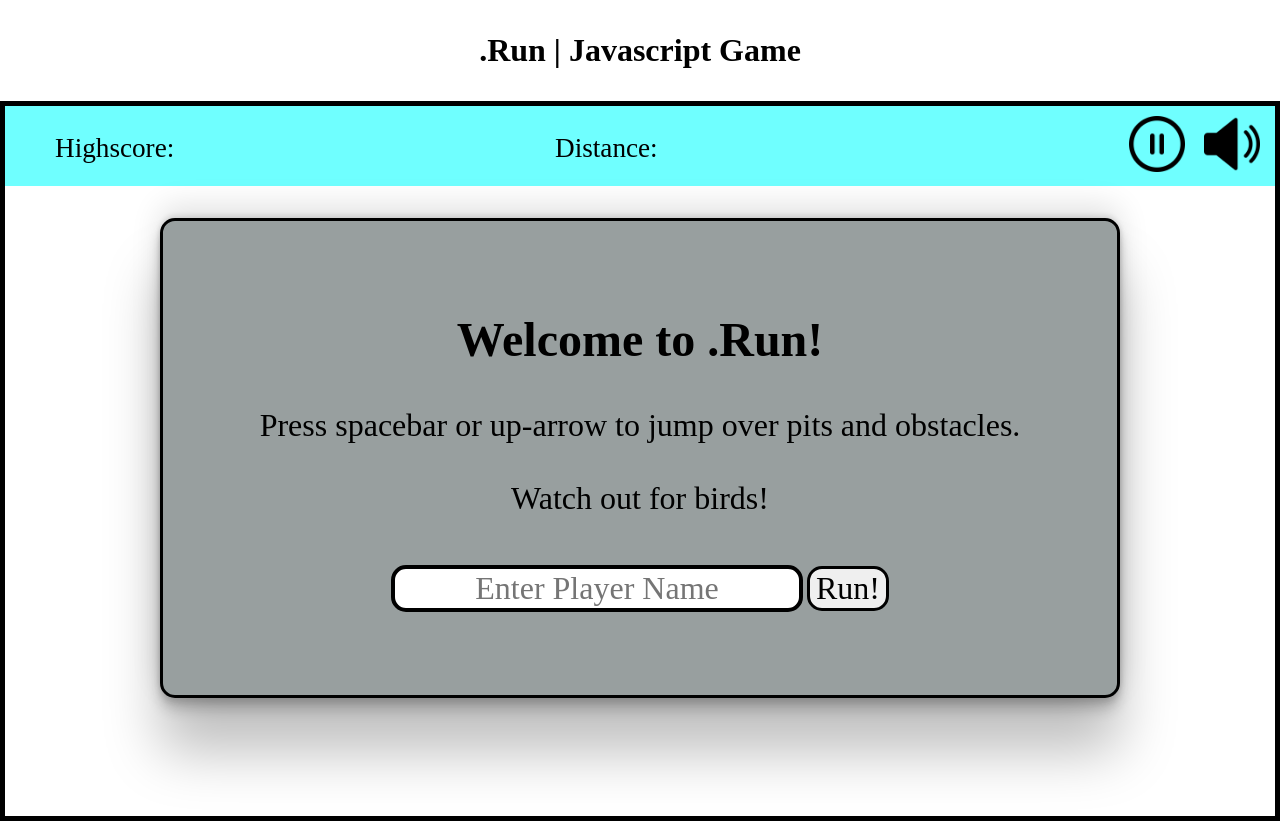
Repository: jellymel0n/bit-biker
Page: index.html
The author's editor kept a copy of each file at every save. The page is drawn from the files as they stood at one save, then again after the next save.
The browser window is 1280 px wide. The pictures show the whole page.

Above is the page before, as saved 2021-07-05 14:22:09.

### index.html
<!DOCTYPE html>
<html lang="en">
<head>
    <meta charset="UTF-8">
    <meta http-equiv="X-UA-Compatible" content="IE=edge">
    <meta name="viewport" content="width=device-width, initial-scale=1.0">
    <!-- CSS reset/normalize -->
    <link rel="stylesheet" href="styles/normalize-fwd.css">
    <!-- Local CSS -->
    <link rel="stylesheet" href="styles/styles.css">
    <title>.Run | Javascript Game</title>
</head>
<body>
    <h1>.Run | Javascript Game</h1>

    <main id="game-board">
        <div id="song">
            <audio id='song-playback' currentTime=''>
                <source src="assets/music/run-song.mp3" type="audio/mp3" />
                Your browser does not support audio playback
            </audio>
        </div>
        <!-- Game board header -->
        <div id='game-header'>
            <p id='highscore-text'>Highscore: </p>
            <p id='distance-text'>Distance: </p>
            <div id='btn-pause'>
                <img src="assets/graphics/icons/pause.png" alt="pause button, circle around a pause icon">
            </div>
            <div id='btn-volume'>
                <img src="assets/graphics/icons/volume.png" alt="volume button, speaker icon">
            </div>
            <div id="btn-mute">
                <img src='assets/graphics/icons/mute.png' alt='mute button, speaker icon crossed out'>
            </div>
        </div>
        <!-- End of game board header -->

        <!-- Splash screen - intro -->
        <div id='splash-screen'>
            <h2 id='splash-header'>Welcome to .Run!</h2>
            <p id='splash-text'>Press spacebar or up-arrow to jump over pits and obstacles.<br><br>Watch out for birds!</p>

            <div id="splashInput">
                <input id='player-name' type='text' placeholder='Enter Player Name'>
                <button id='savePlayer'>Run!</button>
            </div>
        </div>
        <!-- End of splash screen -->

        <!-- Pause Screen -->
        <div id="pause-screen">
            <h2>Game Paused</h2>
            <p id='pause-text'>
                To get gameplay instructions click the "Help" button<br>
                To quit the game and go back to the splash screen click "Quit".<br>
                To go back to the game, click "X" in the top corner.</p>
            <div id="pause-close">
                <img src="assets/graphics/icons/remove.png" alt="Close icon, an X with a circle around it.">
            </div>
            <div id="pause-btns">
                <div id="help-btn">
                    <p id="help-btn-text">Help</p>
                </div>
                <div id="quit-btn">
                    <p id="quit-text">Quit</p>
                </div>
            </div>
        </div>
        <!-- End of Pause Screen -->

        <!-- Help Screen -->
        <div id="help-screen">
            <h2>Gameplay Instructions</h2>
            <p id='help-text'>
                Press the spacebar or up arrow to jump, hold to jump higher.<br>
                Avoid obstacles in the road as well as birds flying above.<br>
                Have fun!
            </p>
            <div id="help-btns">
                <div id="resume-btn">
                    <p>Resume</p>
                </div>
                <div id="help-quit-btn">
                    <p id="quit-text">Quit</p>
                </div>
            </div>
        </div>
        <!-- End of Help Screen -->

    </main>

<!-- jQuery CDN script-->
<script src="https://code.jquery.com/jquery-3.6.0.min.js" integrity="sha256-/xUj+3OJU5yExlq6GSYGSHk7tPXikynS7ogEvDej/m4=" crossorigin="anonymous"></script>
<!-- Local JS script -->
<script src='scripts/script.js'></script>
</body>
</html>

### styles/styles.css
h1 {
    text-align: center;
    margin: 2rem auto;
}

#game-board {
    width: 80rem;
    height: 45rem;
    border: 5px solid black;
    /* border-radius: 10%; */
    margin: 0 auto;
    position: relative;
}

/* Game board header */
div#game-header {
    display: flex;
    justify-content: space-around;
    width: 100%;
    height: 5rem;
    background-color: rgba(0, 255, 255, 0.565);

}

#highscore-text,
#distance-text {
    position: absolute;
}

#highscore-text {
    font-size: 1.7rem;
    left: 50px;
}

#distance-text {
    font-size: 1.7rem;
    left: 550px;
}

#btn-pause img {
    position: absolute;
    width: 3.5rem;
    right: 90px;
    top: 10px;
}

#btn-pause img:hover {
    transform: scale(1.1);
    cursor: pointer;
}

#btn-volume img,
#btn-mute img {
    position: absolute;
    width: 3.5rem;
    right: 15px;
    top: 10px;
}

#btn-volume img:hover,
#btn-mute img:hover  {
    transform: scale(1.1);
    cursor: pointer;
}

#btn-mute {
    display: none;
}

/* end of game board header */

/* Splash screen styles */
#splash-screen {
    width: 60rem;
    height: 30rem;
    margin: 2rem auto;
    border: 3px solid black;
    border-radius: 15px;
    align-content: center;
    background-color: rgb(152, 159, 159);
    box-shadow: rgba(0, 0, 0, 0.25) 0px 54px 55px, rgba(0, 0, 0, 0.12) 0px -12px 30px, rgba(0, 0, 0, 0.12) 0px 4px 6px, rgba(0, 0, 0, 0.17) 0px 12px 13px, rgba(0, 0, 0, 0.09) 0px -3px 5px;
}

#splash-screen h2 {
    text-align: center;
    font-size: 3rem;
}

#splash-text {
    text-align: center;
    font-size: 2rem;
    margin: 0 1rem;
}

#splashInput {
    text-align: center;
    margin-top: 3rem;
}

input[type=text] {
    border: 4px solid black;
    border-radius: 15px;
    font-size: 2rem;
    margin: 0 auto 2rem auto;
    text-align: center;
}

button#savePlayer {
    font-size: 2rem;
    color: black;
    border: 3px solid black;
    border-radius: 15px;
}

button#savePlayer:hover {
    transform: scale(1.1);
    cursor: pointer;
}
/* End of splash screen styles */

/* Pause and Help screen styles */

#pause-screen,
#help-screen {
    display: none;
    position: relative;
    width: 60rem;
    height: 30rem;
    margin: 2rem auto;
    border: 3px solid black;
    border-radius: 15px;
    align-content: center;
    background-color: rgb(152, 159, 159);
    box-shadow: rgba(0, 0, 0, 0.25) 0px 54px 55px, rgba(0, 0, 0, 0.12) 0px -12px 30px, rgba(0, 0, 0, 0.12) 0px 4px 6px, rgba(0, 0, 0, 0.17) 0px 12px 13px, rgba(0, 0, 0, 0.09) 0px -3px 5px;
}

#pause-screen h2,
#help-screen h2 {
    text-align: center;
    font-size: 3rem;
}

#pause-text,
#help-text {
    text-align: center;
    font-size: 2rem;
    margin: 0 1rem;
}

#pause-close img {
    position: absolute;
    width: 3.5rem;
    left: 15px;
    top: 15px;
}

#pause-close img:hover {
    transform: scale(1.1);
    cursor: pointer;
}

#pause-btns,
#help-btns{
    display: flex;
    justify-content:center;
    margin-top: 3.6rem;
}

#help-btn,
#quit-btn,
#resume-btn,
#help-quit-btn {
    border: solid 3px black;
    text-align: center;
    width: 17%;
    border-radius: 10px;
    /* height: 4rem; */
    font-size: 2rem;
    vertical-align: middle;
    font-weight: bold;
    margin: 0 3rem 0 3rem;
}

#help-btn:hover,
#quit-btn:hover,
#resume-btn:hover,
#help-quit-btn:hover {
    transform: scale(1.1);
    cursor: pointer;
    background-color: black;
    color: azure;
}

/* End of Pause and Help Screen Styles */

/* Game Objects */
.player {
    position: absolute;
    background-size: contain;
    transform-origin: bottom center;
}

.obstacle {
    position: absolute;
}

.bg-layer {
    position: absolute;
}

.bg-prop {
    position: absolute;
    background-size: contain;
}

### scripts/script.js
'use strict';

const game = {
    title: '.Run',
    isRunning: false,
    player: '',
    obstacles: [],
    keysPressed: [],
    bgLayers: [],
    bgObjects: [],
    loopDuration: [1000 / 50, 1000 / 60, 1000 / 70, 1000 / 80],
    lastKeyFrame: null,

    getPlayerName: () => {
        game.player = $('#player-name').val();
    },
    pauseAudio: () => {
        let song = $('#song-playback');
        song.trigger("pause");
    },
    resetAudio: () => {
        let song = $('#song-playback');
        song [0].currentTime = 0;
        song.trigger("pause");

    },
    playAudio: () => {
        let song = $('#song-playback');
        song.trigger("play");
    },

}


// Object classes

class Obstacle {
    constructor (
        position = [0, 0],
        dimensions = [50, 50],
        velocity = [0, 0],
        classes = 'obstacle',
        backgroundImage = ""
     ) {
        this.position = position;
        this.dimensions = dimensions;
        this.velocity = velocity;
        this.classes = classes;
        this.backgroundImage = backgroundImage;
    }
}

class BGLayer {
    constructor (
        position = [0, 0],
        dimensions = [100, 100],
        velocity = [0, 0],
        classes = 'bg-layer',
        backgroundImage = ""
    ) {
        this.dimensions = dimensions;
        this.position = position;
        this.velocity = velocity;
        this.classes = classes;
        this.backgroundImage = backgroundImage;
    }
}

class BGProp {
    constructor (
        position = [0, 0],
        dimensions = [100, 100],
        velocity = [0, 0],
        classes = 'bg-prop',
        backgroundImage = ""
    ) {
        this.dimensions = dimensions;
        this.position = position;
        this.velocity = velocity;
        this.classes = classes;
        this.backgroundImage = backgroundImage;
    }
}

class Player {
    constructor (
        position = [0, 0],
        dimensions = [100, 100],
        velocity = [0, 0],
        classes = 'player',
        backgroundImage = "",
        jumpMax = 100
    ) {
        this.dimensions = dimensions;
        this.position = position;
        this.velocity = velocity;
        this.classes = classes;
        this.backgroundImage = backgroundImage;
        this.currentJump = 0;
        this.jumpMax = jumpMax;
        this.isJumping = false;
    }
}

// End of object classes

// Object instantiation
const farBG = new BGLayer(
    [0, 0], //position
    [600, 600], //dimensions
    [-25, 0], //velocity
    undefined, // classes
    "assets/graphics/backgrounds/bg-mountains-sky.png"
)
// addBG layer

const mediumBG = new BGLayer(
    [0, 200],
    [600, 600],
    [-25, 0],
    undefined,
    "assets/graphics/backgrounds/bg-background-floor.png"
)
// add bg layer

const ground = new BGLayer(
    [0, 450],
    [600, 200],
    [-300, 0],
    "bg-layer bg-ground",
    "assets/graphics/backgrounds/bg-ground.png"
)
// add bg layer

const rock = new BGProp(
    [600, 350],
    [100, 100],
    [-80, 0],
    undefined,
    "assets/graphics/backgrounds/rock.png"
)
// add bgprop

const bird = new Obstacle(
    [400, 600],
    [100, 100],
    [-20, 0],
    undefined,
    "assets/graphics/obstacles/bird.png"
)
// add obstacle

const smallBlock = new Obstacle(
    [0, 450],
    [600, 200],
    [-300, 0],
    undefined,
    "assets/graphics/obstacles/spiked-square.png"
)
// add obstacle

const largeBlock = new Obstacle(
    [0, 450],
    [600, 200],
    [-300, 0],
    undefined,
    "assets/graphics/obstacles/spiked-rectangle.png"
)
// add obstacle

const player = new Player(
    [70, 430],
    [100, 100],
    [0, 0],
    undefined,
    "assets/graphics/player/biker.png"
)


// Event Handlers
$('#savePlayer').on('click', () => {
    game.getPlayerName();
    $('#splash-screen').toggle();
    game.isRunning = true;
    game.playAudio();
});

$('#btn-volume').on('click', () => {
    $('#btn-volume').toggle();
    $('#btn-mute').toggle();
    $('#song-playback').prop('muted', true);
})

$('#btn-mute').on('click', () => {
    $('#btn-volume').toggle();
    $('#btn-mute').toggle();
    $('#song-playback').prop('muted', false);
})

$('#btn-pause').on('click', () => {
    if (game.isRunning === true){
        game.pauseAudio();
        $('#pause-screen').toggle();
        game.isRunning = false;
    }
})

$('#pause-close').on('click', () => {
    $('#pause-screen').toggle();
    game.isRunning = true;
    game.playAudio();
})

$('#help-btn').on('click', () => {
    $('#pause-screen').toggle();
    $('#help-screen').toggle();
})

$('#quit-btn').on('click', () => {
    game.resetAudio();
    $('#pause-screen').toggle();
    $('#splash-screen').toggle();
})

$('#resume-btn').on('click', () => {
    $('#help-screen').toggle();
    game.isRunning = true;
    game.playAudio();
})

$('#help-quit-btn').on('click', () => {
    $('#help-screen').toggle();
    $('#splash-screen').toggle();
    game.resetAudio();
})

Loaded but not shown: styles/normalize-fwd.css (library)

After the next save:
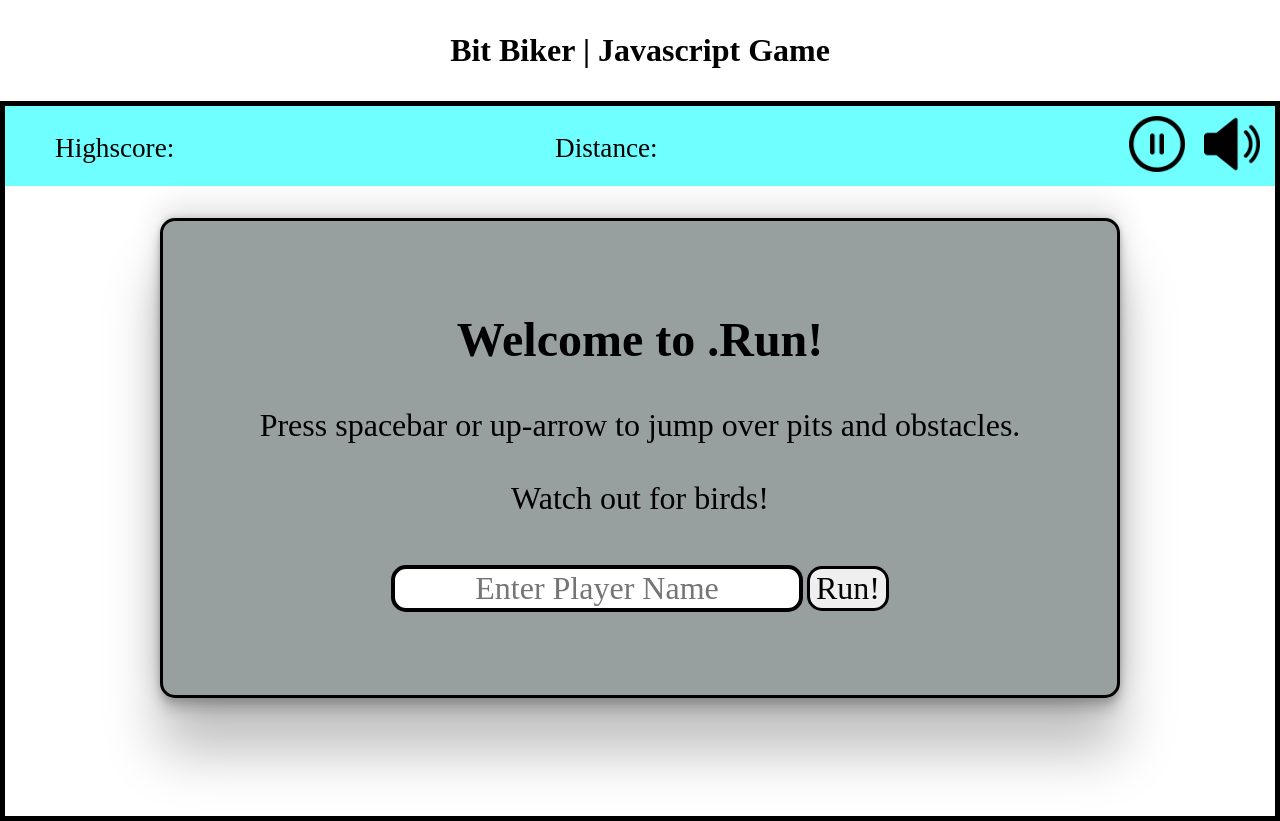
Saved 34 s later.
--- a/index.html
+++ b/index.html
@@ -8,10 +8,10 @@
     <link rel="stylesheet" href="styles/normalize-fwd.css">
     <!-- Local CSS -->
     <link rel="stylesheet" href="styles/styles.css">
-    <title>.Run | Javascript Game</title>
+    <title>Bit Biker | Javascript Game</title>
 </head>
 <body>
-    <h1>.Run | Javascript Game</h1>
+    <h1>Bit Biker | Javascript Game</h1>
 
     <main id="game-board">
         <div id="song">
